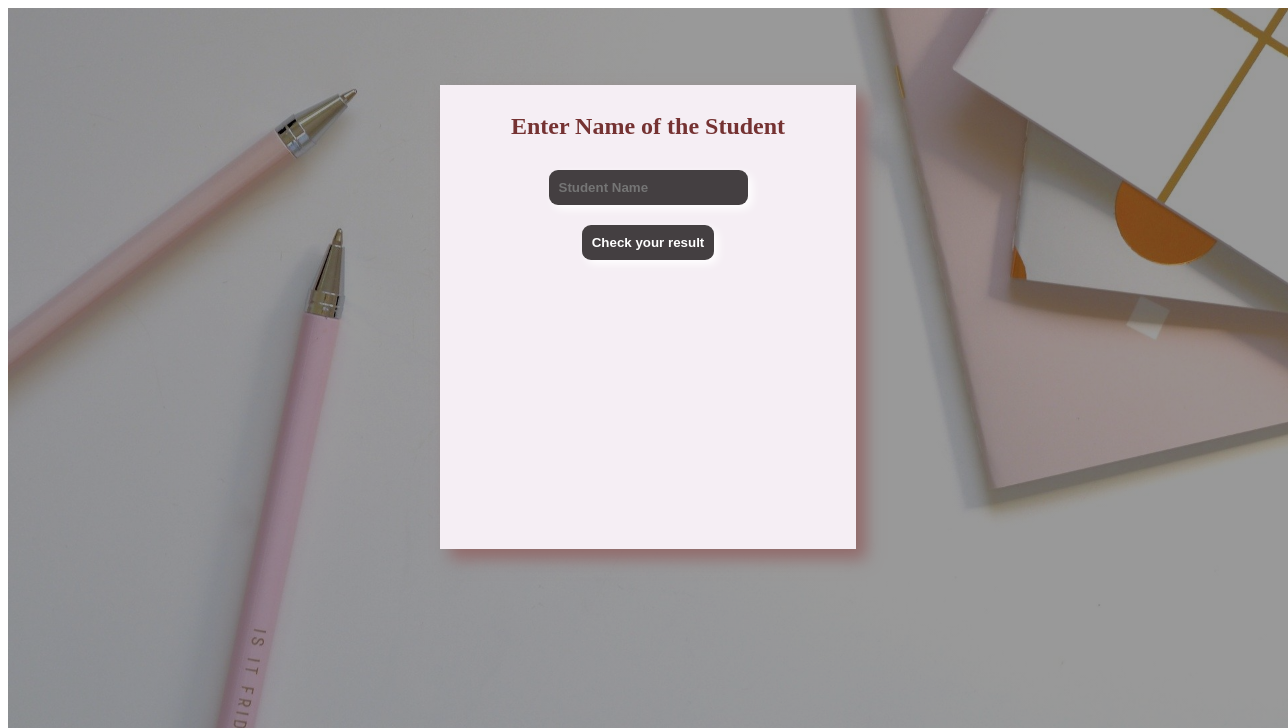
Repository: AyushiPN/LGMVIP-Web-Development-Task3
Page: index.html
These files come from the project's save history. The page is drawn as it stood at one moment and after the next save; the edit follows.
The browser window is 1280 px wide. The page is 1288 px wide, so the pictures cover 1288 px, including what lies to the right of the window. The pictures show the whole page.

Above is the page before, as saved 2021-11-22 15:12:59.

### index.html
<!DOCTYPE html>
<html lang="en">

<head>
    <meta charset="UTF-8">
    <meta http-equiv="X-UA-Compatible" content="IE=edge">
    <meta name="viewport" content="width=device-width, initial-scale=1.0">
    <title>Check your result</title>

    <link rel="stylesheet" href="style.css">


</head>

<body>
    <div id="main">
        <div id="input" align="center">
            <h2>Enter Name of the Student </h2>
            <input type="text" name="" id="studentname" placeholder="Student Name">
            <br>
            <input type="button" name="" onclick="result()" value="Check your result" id="">
            <p id="output"></p>
        </div>
    </div>
    <script defer src="script.js"></script>
</body>

</html>

### style.css
/* *{
  margin: 0;padding: 0;
  box-sizing: border-box;
} */

#main {
    height: 100%;
    width: 100%;
    background-image: linear-gradient(rgba(0, 0, 0, 0.4), rgba(0, 0, 0, 0.4)), url("1.jpg");
    background-position: center;
    background-size: cover;
    position: absolute;
}

#input {
    width: 25rem;
    height: 28rem;
    box-shadow: 10px 10px 15px rgb(146, 107, 107);
    position: relative;
    margin: 6% auto;
    /* font-weight: bolder; */
    background-color: #f5eef4;
    padding: 8px;
    color: rgb(117, 50, 50);
    text-align: center;
}

input {
    font-weight: bolder;
    background-color: rgba(24, 21, 21, 0.8);
    color: white;
    border: none;
    margin: 10px;
    padding: 10px;
    box-shadow: 4px 4px 10px white;
    border-radius: 9px;
}

p {
    margin-top: 15px;
}

### script.js
function result() {

    var students = {

        AYUSHI: {
            english: "97",
            science: "90",
            maths: "94",
        },
        PRANALI: {
            english: "94",
            science: "77",
            maths: "84",
        },
        SHRUTI: {
            english: "77",
            science: "70",
            maths: "91",
        },
        DURVA: {
            english: "80",
            science: "89",
            maths: "90",
        },
        AISHWARYA: {
            english: "80",
            science: "77",
            maths: "89",
        }

    }


    var studentname = document.getElementById('studentname').value;
    var input = studentname.toUpperCase();
    var definition = students[input];
    var output = document.getElementById("output");

    if (definition == undefined) {
        output.innerHTML = '<hr> There is no information. </hr>';
    } else {
        output.innerHTML = '<hr> English score is 97. <hr>Science score is 78. <hr> Maths score is 89 </hr>';

    };
};

After the next save:
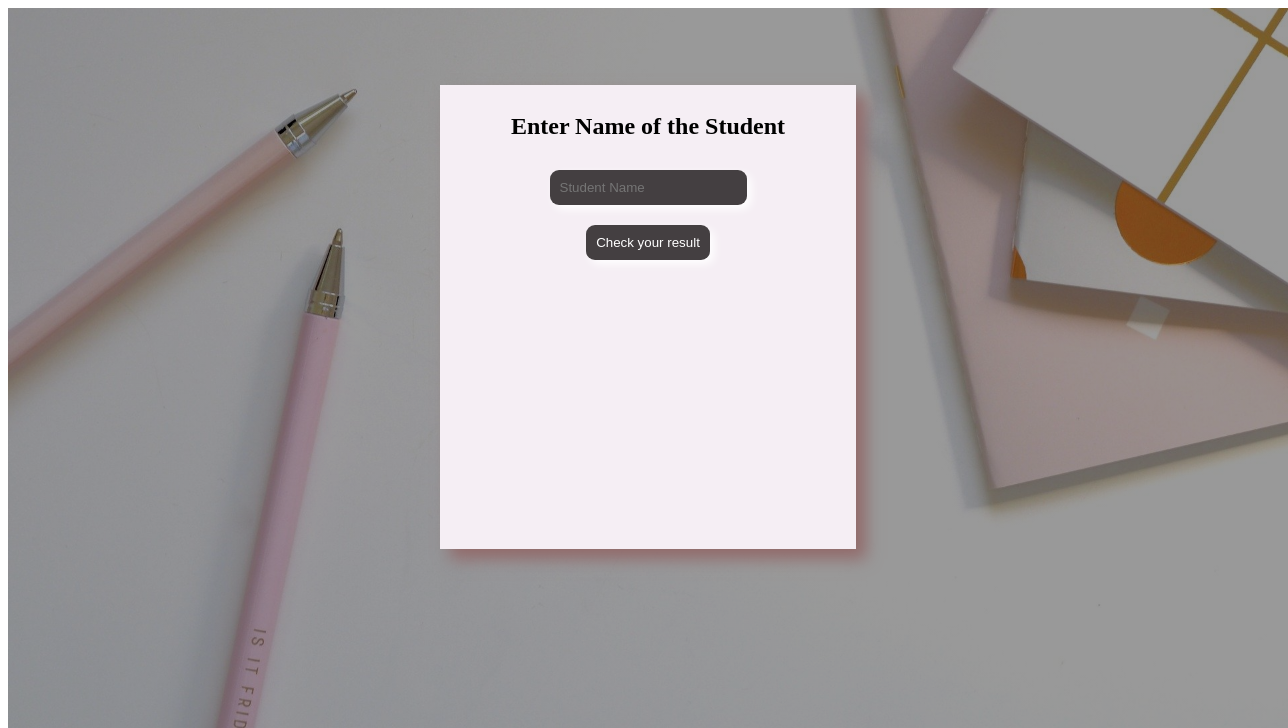
Saved 46 s later.
--- a/style.css
+++ b/style.css
@@ -21,12 +21,12 @@
     /* font-weight: bolder; */
     background-color: #f5eef4;
     padding: 8px;
-    color: rgb(117, 50, 50);
+    color: rgb(0, 0, 0);
     text-align: center;
 }
 
 input {
-    font-weight: bolder;
+    /* font-weight: bolder; */
     background-color: rgba(24, 21, 21, 0.8);
     color: white;
     border: none;
